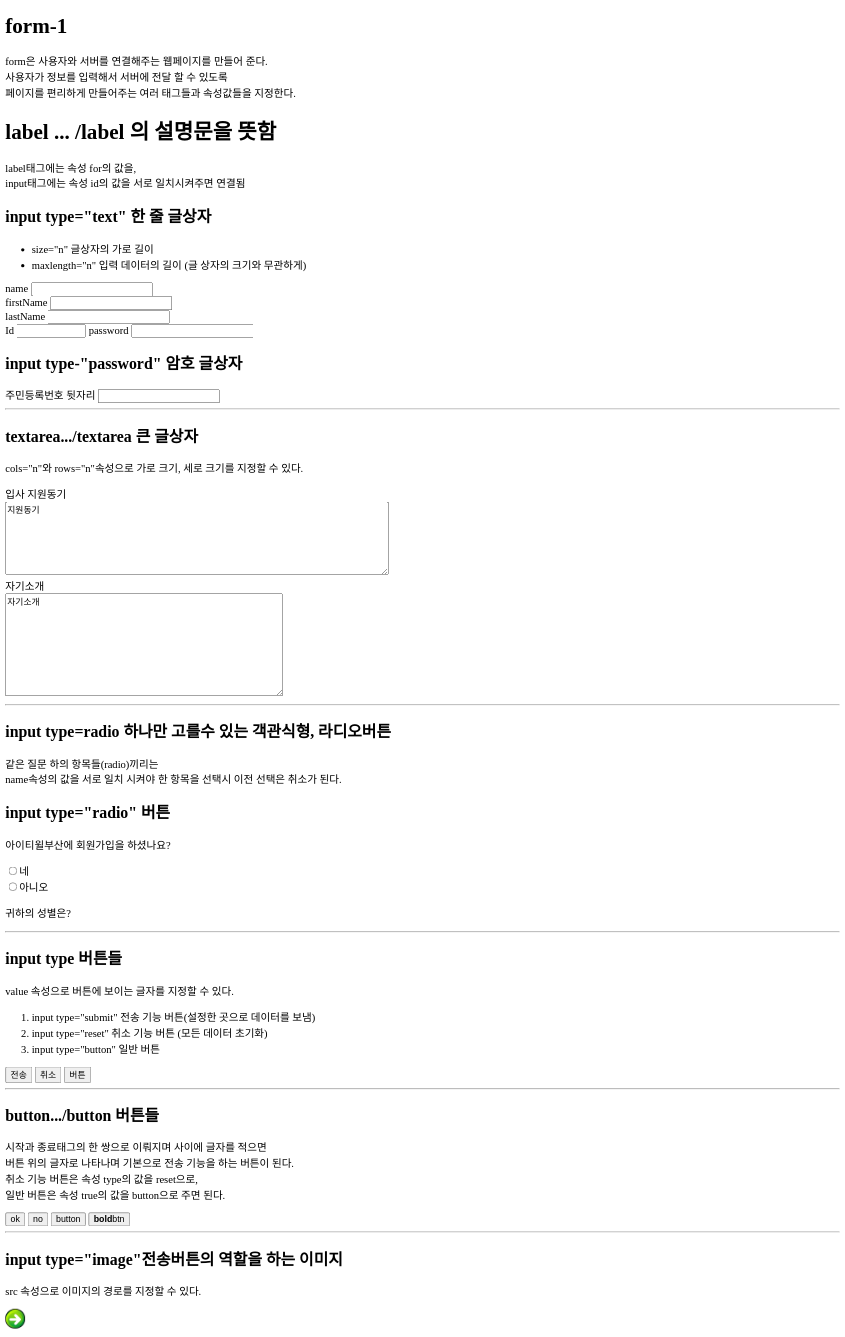
Repository: ReadStar/Web
Page: Html/html5/WebContent/form-1.html
The author's editor kept a copy of each file at every save. The page is drawn from the files as they stood at one save, then again after the next save.
The browser window is 1280 px wide. The pictures show the whole page, at 66% of full size.

Above is the page before, as saved 2020-08-06 07:57:00.

### Html/html5/WebContent/form-1.html
<!DOCTYPE html>
<html>
<head>
<meta charset="UTF-8">
<title>Insert title here</title>
</head>
<body>
<h1>form-1</h1>
<p>form은 사용자와 서버를 연결해주는 웹페이지를 만들어 준다.<br>
	사용자가 정보를 입력해서 서버에 전달 할 수 있도록<br>
	페이지를 편리하게 만들어주는 여러 태그들과 속성값들을 지정한다.
</p>
<form action="test.jsp" method="get">
<h1>label ... /label 의 설명문을 뜻함</h1>
<p>label태그에는 속성 for의 값을,<br>
  input태그에는 속성 id의 값을 서로 일치시켜주면 연결됨</p>
<h2>input type="text" 한 줄 글상자</h2>
<ul>
<li>size="n" 글상자의 가로 길이</li>
<li>maxlength="n" 입력 데이터의 길이 (글 상자의 크기와 무관하게) </li>
</ul>
	<label for="name">name</label> <input type="text" id="name"><br>
	<label for="f-name">firstName</label> <input type="text" id="f-name"><br>
	<label for="l-name">lastName</label> <input type="text" id="l-name"><br>
	<label for="id">Id</label> <input type="text" id="Id" maxlength="6" size="10">
	<label for="pwd">password</label> <input type="password" id="pwd" maxlength="12"><br>
<h2>input type-"password" 암호 글상자</h2>
	<label for="pass">주민등록번호 뒷자리</label> <input type="password" id="pass" maxlength="7"><br>
<hr>
<h2>textarea.../textarea 큰 글상자</h2>
<p>cols="n"와 rows="n"속성으로 가로 크기, 세로 크기를 지정할 수 있다.</p>
<label>입사 지원동기<br>
<textarea rows="7" cols="70">지원동기</textarea><br>
</label>


<label for="txt02">자기소개</label><br>
<textarea rows="10" cols="50">자기소개</textarea>
<hr>
<h2>input type=radio 하나만 고를수 있는 객관식형, 라디오버튼</h2>
<p>같은 질문 하의 항목들(radio)끼리는<br>
	name속성의 값을 서로 일치 시켜야 한 항목을 선택시 이전 선택은 취소가 된다.</p>
<h2>input type="radio" 버튼</h2>
<p>아이티윌부산에 회원가입을 하셨나요?</p>
<label><input type="radio" name="itw-m">네</label><br>
<label><input type="radio" name="itw-m">아니오</label>

<p>귀하의 성별은?</p>


<hr>
<h2>input type 버튼들</h2>
<p> value 속성으로 버튼에 보이는 글자를 지정할 수 있다.</p>
<ol>
<li>input type="submit" 전송 기능 버튼(설정한 곳으로 데이터를 보냄)</li>
<li>input type="reset" 취소 기능 버튼 (모든 데이터 초기화)</li>
<li>input type="button" 일반 버튼</li>
</ol>

<input type="submit" value="전송">
<input type="reset" value="취소">

<input type="button" value="버튼" onclick="alert('아무것도아님')"><br>

<hr>
<h2>button.../button 버튼들</h2>
<p>시작과 종료태그의 한 쌍으로 이뤄지며 사이에 글자를 적으면<br>
버튼 위의 글자로 나타나며 기본으로 전송 기능을 하는 버튼이 된다.<br>
취소 기능 버튼은 속성 type의 값을  reset으로,<br>
일반 버튼은 속성 true의 값을 button으로 주면 된다.</p>
<button>ok</button>
<button type="reset">no</button>

<button type="button" onmouseover="alert('조심')">button</button>
<button type="button"><b>bold</b>btn</button>

<hr>
<h2>input type="image"전송버튼의 역할을 하는 이미지</h2>
<p>src 속성으로 이미지의 경로를 지정할 수 있다.</p>

<input type="image" src="img.gif" width="30" height="30">
</form>

</body>
</html>

After the next save:
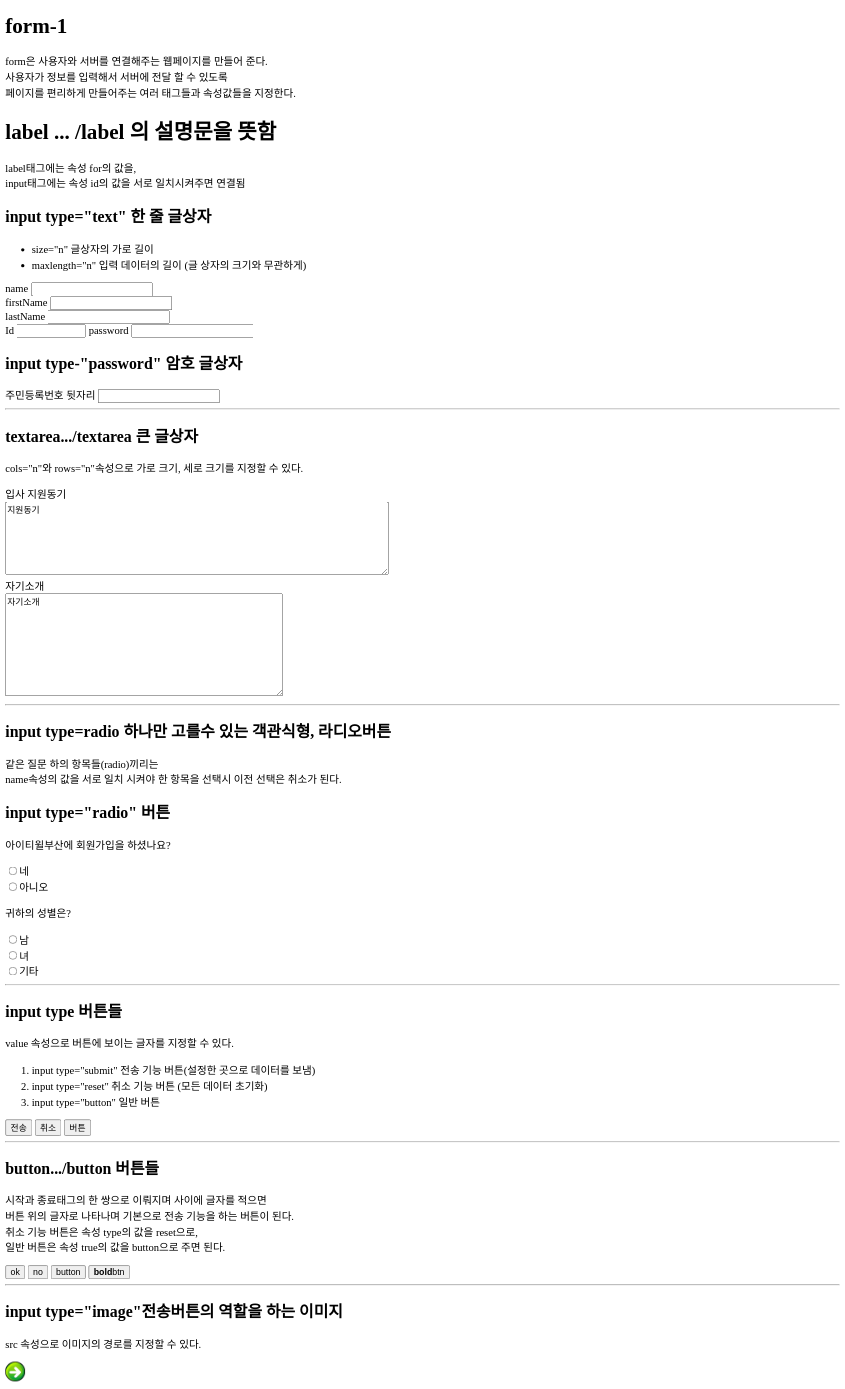
Saved 36 s later.
--- a/Html/html5/WebContent/form-1.html
+++ b/Html/html5/WebContent/form-1.html
@@ -46,6 +46,9 @@
 <label><input type="radio" name="itw-m">아니오</label>
 
 <p>귀하의 성별은?</p>
+<label><input type="radio" name="gender">남</label><br>
+<label><input type="radio" name="gender">녀</label><br>
+<label><input type="radio" name="gender">기타</label><br>
 
 
 <hr>
